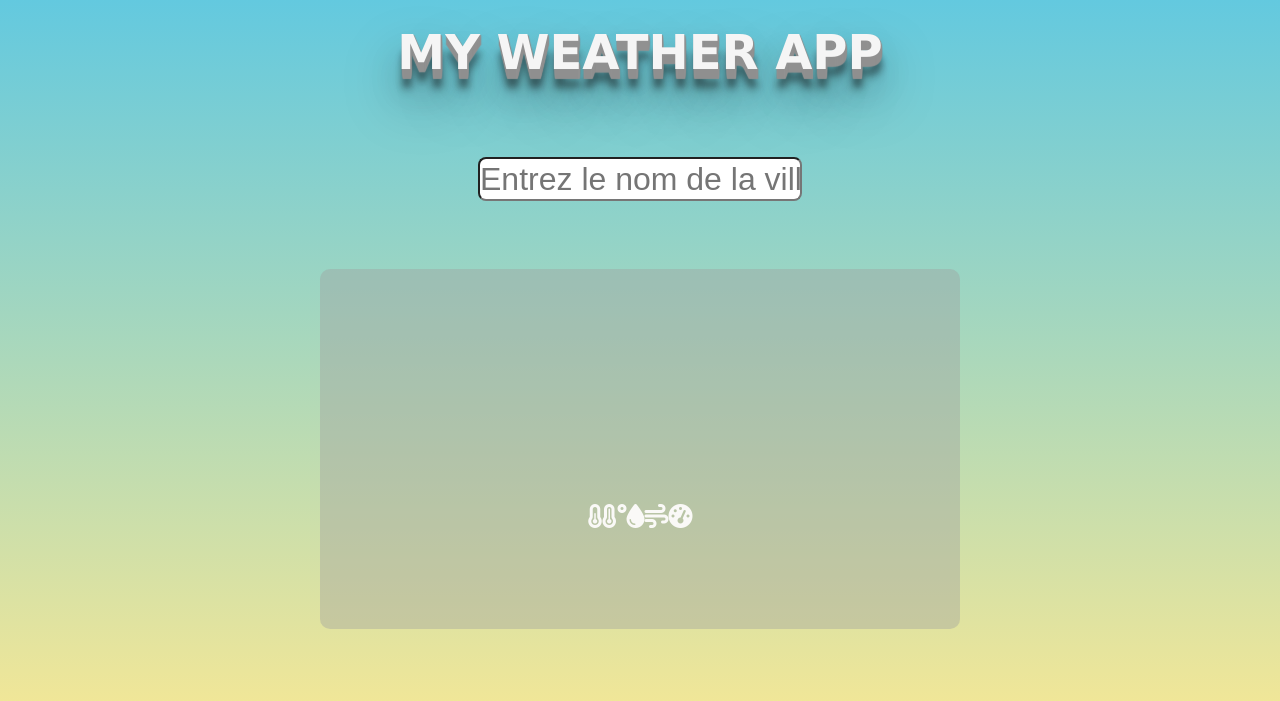
Repository: JeffnyAugustin/MyWeatherApp
Page: index.html
The author's editor kept a copy of each file at every save. The page is drawn from the files as they stood at one save, then again after the next save.
The browser window is 1280 px wide. The pictures show the whole page.

Above is the page before, as saved 2023-11-14 23:04:47.

After the next save:
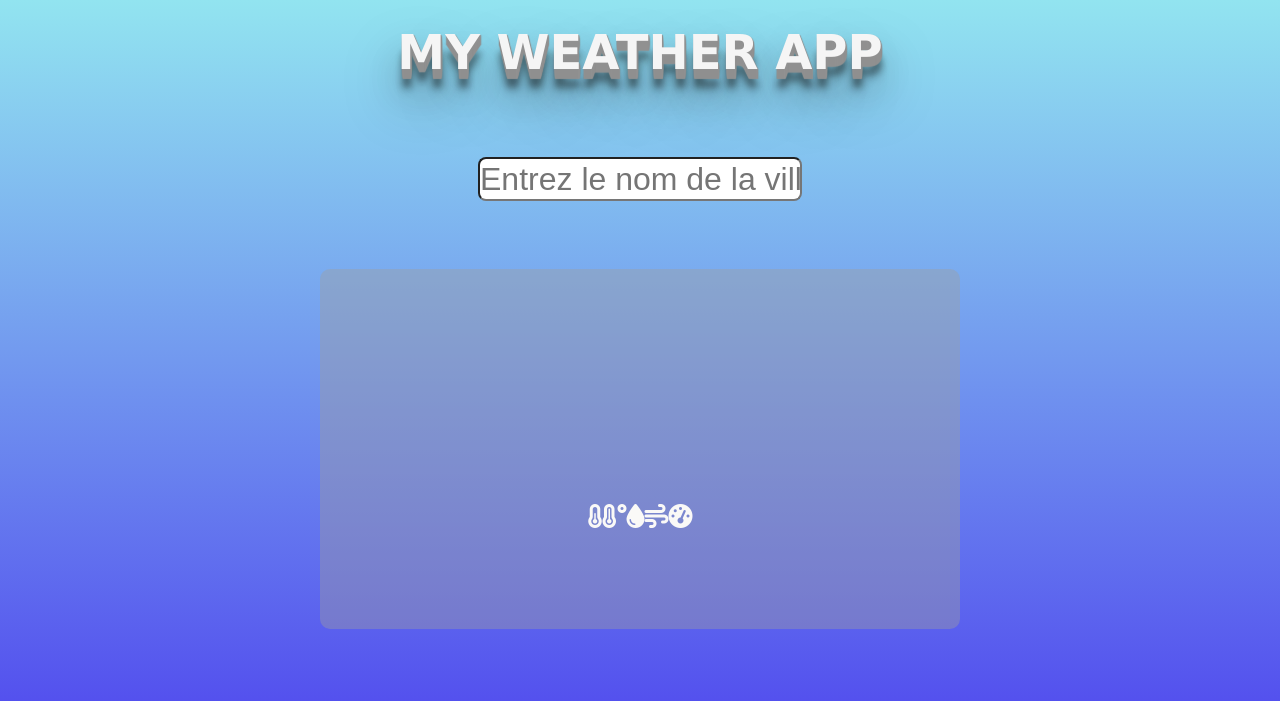
Saved 10 min 4 s later.
--- a/css/style.css
+++ b/css/style.css
@@ -8,7 +8,7 @@ body {
     justify-content: center;
     height: 100vh;
     width: 100vw;
-    background: linear-gradient(0deg, rgba(244,231,150,1) 0%, rgba(99,201,223,1) 100%);
+    background: linear-gradient(0deg, rgba(82,77,238,1) 0%, rgba(146,228,240,1) 100%);
     overflow-y: hidden;
 }
 
